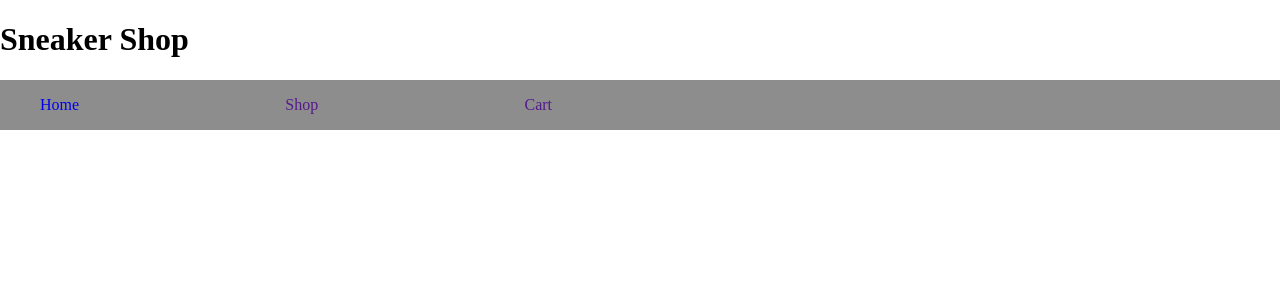
Repository: Siphamandla201/SneakerEcom
Page: products.html
The author's editor kept a copy of each file at every save. The page is drawn from the files as they stood at one save, then again after a run of saves.
The browser window is 1280 px wide. The pictures show the whole page.

Above is the page before, as saved 2023-08-17 16:10:40.

### products.html
<!DOCTYPE html>
<html lang="en">
<head>
    <meta charset="UTF-8">
    <meta name="viewport" content="width=device-width, initial-scale=1.0">
    <title>Document</title>
    <style>
        body {
            margin: 0%;
            padding: 0%;
            box-sizing: border-box;
            overflow-x: hidden;
        }

        header {
            height: 150px;
            width: 100vw;

        }

        nav {
            display: flex;
            justify-content: space-between;
            background-color:#8d8d8d;
        }

        ul {
            width: 40%;
            display: flex;
            justify-content: space-between;
        }

        li {
            list-style: none;
        }

        li a {
            text-decoration: none;
        }

        .sneakers {
            display: flex;
            flex-wrap: wrap;
            justify-content: space-between;
            padding: 0px 50px;
        }

        .sneaker {
            width: 20%;
            height: 350px;
            border: 1px solid #ccc;
            padding: 10px;
            margin: 10px;
        }

        .sneaker img {
            width: 80%;
            height: 261.9px !important;
            display: block;
            margin: 0px auto 10px;
            border: 1px solid black;
        }

        .sneaker h3 {
            font-size: 1.2em;
            margin: 0;
        }

        .sneaker h4 {
            font-size: 1em;
            color:#8d8d8d;
            margin: 0;
        }

        .sneaker p {
            margin: 5px 0;
            font-size: 1.1em;
            font-weight: 600;
        }

    </style>
</head>
<body>
    <header>
        <h1>
            Sneaker Shop
        </h1>
        <nav>
            <ul>
                <li>
                    <a href="./index.html" target="_blank">Home</a>
                </li>
                <li>
                    <a href="" target="_blank">Shop</a>
                </li>
                <li>
                    <a href="" target="_blank">Cart</a>
                </li>
            </ul>
        </nav>
    </header>
    <main>
        <div class="sneakers">
            <!-- SNEAKERS DISPLAYED HERE -->
        </div>
    </main>
    <script src="main.js"></script>
</body>
</html>

### main.js
fetch('./index.php')
.then((res) => res.json())
.then(response => {
    console.log(response);
    let output = '';
    // let sneakerOutput = '';
    for(let i in response) {
        output += `
                    <tr>
                        <td>${response[i].id}</td>
                        <td>${response[i].brand}</td>
                        <td>${response[i].model}</td>
                        <td>$${response[i].price}</td>
                        <td class="del">Delete</td>
                        <td class="edit">Edit</td>
                    </tr>
        `;

        // sneakerOutput += `
        //             <div class="sneaker">
        //                     <img src="${response[i].imageUrl}" alt="${response[i].brand} ${response[i].model}" width="200">
        //                     <h3>${response[i].brand} ${response[i].model}</h3>
        //                     <p>Price: $${response[i].price}</p>
        //             </div>
        // `;
    }

     // For index.html
    if (document.querySelector('tbody')) {
        document.querySelector('tbody').innerHTML = output;
    }

    // For products.html
    if (document.querySelector('.sneakers')) {
        DisplayAllSneakers(response);
    }

}).catch(error => console.error(error));


function DisplayAllSneakers(response) { // Accept the response as a parameter
    // document.querySelector('.sneakers').innerHTML = ''; // Clear any existing content
    let output = '';

    for (let sneaker in response) {
        output += `
            <div class="sneaker">
                <img src="${response[sneaker].imageUrl}" alt="${response[sneaker].brand} ${response[sneaker].model}" width="200">
                <h3>${response[sneaker].model}</h3>
                <h4>${response[sneaker].brand}</h4>
                <p>Price: $${response[sneaker].price}</p>
            </div>
        `;
    }
    document.querySelector('.sneakers').innerHTML = output;
}

After the next 2 saves:
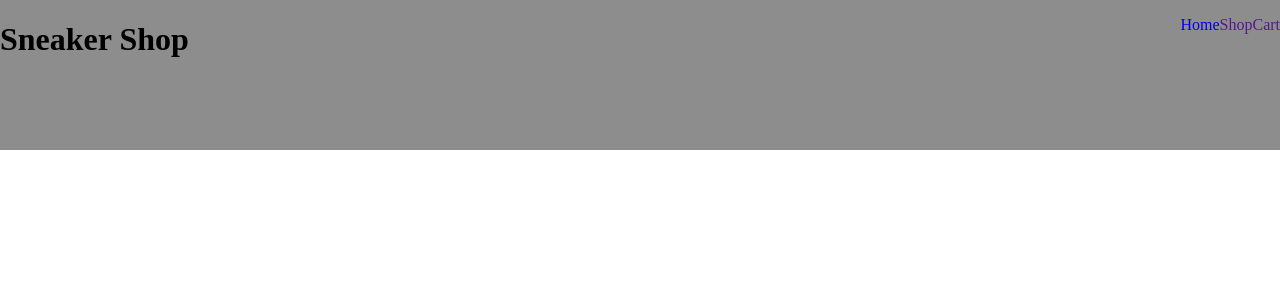
The 2 saves are shown as one change because they came seconds apart.
The last was saved 20 s later.
--- a/products.html
+++ b/products.html
@@ -15,13 +15,13 @@
         header {
             height: 150px;
             width: 100vw;
+            display: flex;
+            justify-content: space-between;
+            background-color:#8d8d8d;
 
         }
 
         nav {
-            display: flex;
-            justify-content: space-between;
-            background-color:#8d8d8d;
         }
 
         ul {
